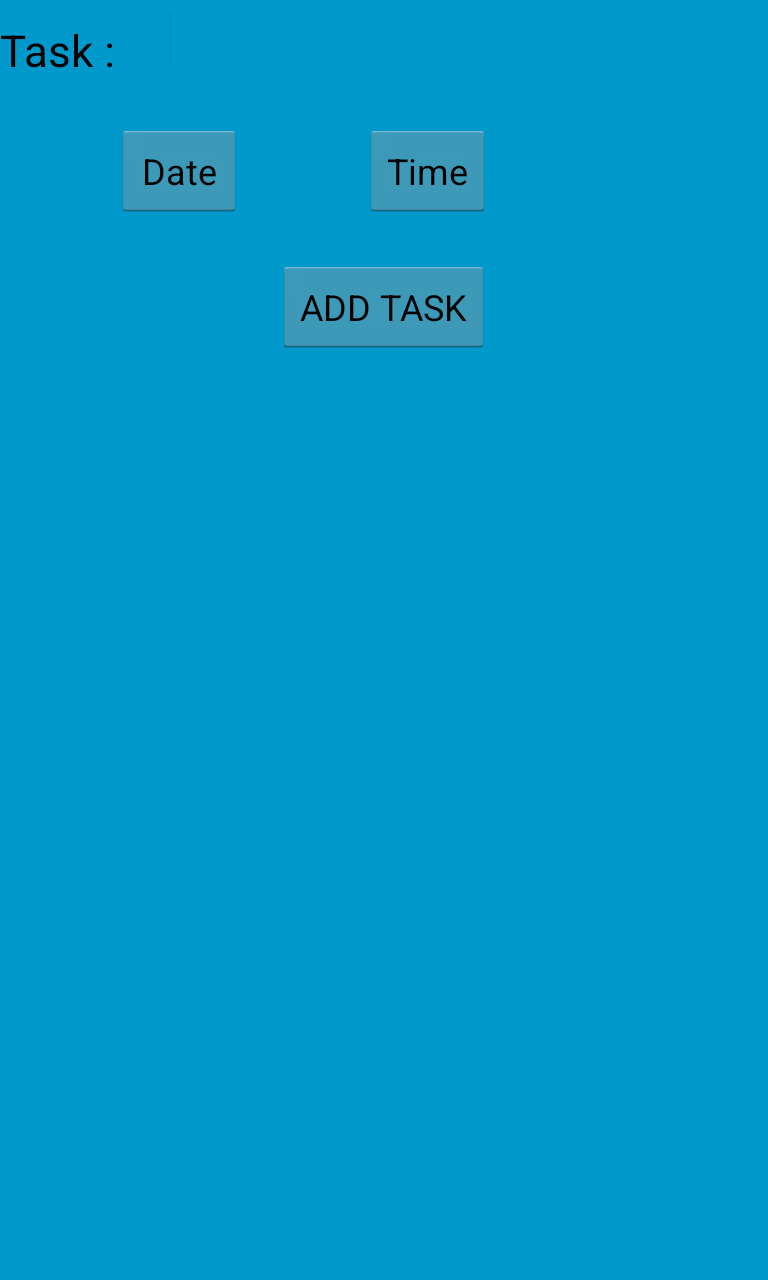
Repository: satyadarls/ToDo
Layout: ToDo/res/layout/customdialog_layout.xml
An editor plug-in stored every save of this project. The layout is shown before and after the next save, followed by the edit.
It is drawn on a 768 x 1280 px phone screen (xhdpi) without system bars, with theme AppTheme; the app's code is not run.

Above is the layout before, as saved 2014-07-02 15:24:40.

### ToDo/res/layout/customdialog_layout.xml
<?xml version="1.0" encoding="utf-8"?>
<RelativeLayout xmlns:android="http://schemas.android.com/apk/res/android"
    android:layout_width="match_parent"
    android:layout_height="match_parent"
    android:background="#0099CC"
    >

    <TextView
        android:id="@+id/textView1"
        android:layout_width="wrap_content"
        android:layout_height="wrap_content"
        android:layout_alignBottom="@+id/dialogTaskText"
        android:layout_alignParentLeft="true"
        android:text="Task :"
        android:textAppearance="?android:attr/textAppearanceLarge" />

    <Button
        android:id="@+id/timebutton"
        android:layout_width="wrap_content"
        android:layout_height="wrap_content"
        android:layout_alignBaseline="@+id/datebutton"
        android:layout_alignBottom="@+id/datebutton"
        android:layout_marginLeft="60dp"
        android:layout_toRightOf="@+id/datebutton"
        android:text="Time" />

    <Button
        android:id="@+id/datebutton"
        android:layout_width="wrap_content"
        android:layout_height="wrap_content"
        android:layout_below="@+id/dialogTaskText"
        android:layout_marginTop="22dp"
        android:layout_toRightOf="@+id/textView1"
        android:text="Date" />

    <Button
        android:id="@+id/dialogButton"
        android:layout_width="wrap_content"
        android:layout_height="wrap_content"
        android:layout_below="@+id/timebutton"
        android:layout_centerHorizontal="true"
        android:layout_marginTop="20dp"
        android:text="ADD TASK" />

    <EditText
        android:id="@+id/dialogTaskText"
        android:layout_width="wrap_content"
        android:layout_height="wrap_content"
        android:layout_alignLeft="@+id/datebutton"
        android:layout_alignParentTop="true"
        android:layout_marginLeft="15dp"
        android:ems="10" >

        <requestFocus />
    </EditText>

</RelativeLayout>

Loaded but not shown: ToDo/res/values/styles.xml (common file); ToDo/res/values-v11/styles.xml (common file); ToDo/res/values-v14/styles.xml (common file)

After the next save:
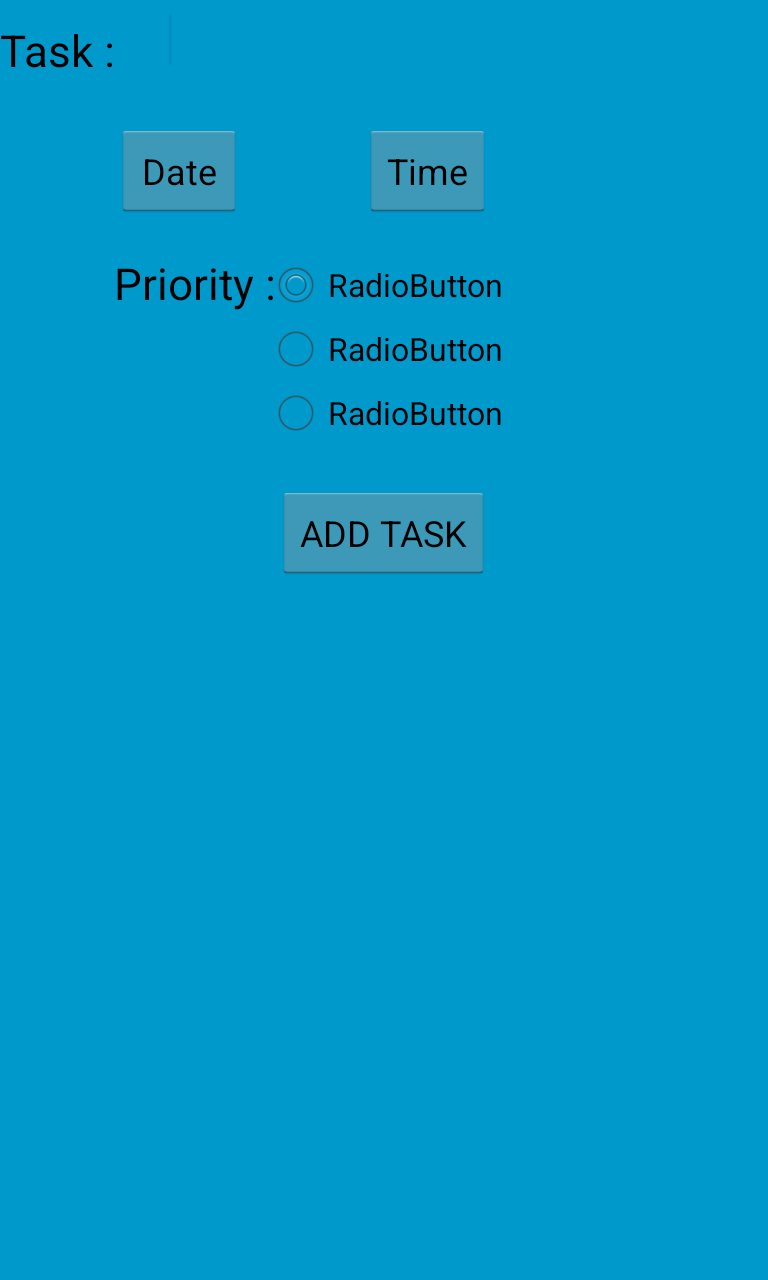
Saved 21 h 38 min later.
--- a/ToDo/res/layout/customdialog_layout.xml
+++ b/ToDo/res/layout/customdialog_layout.xml
@@ -1,9 +1,9 @@
 <?xml version="1.0" encoding="utf-8"?>
 <RelativeLayout xmlns:android="http://schemas.android.com/apk/res/android"
+    xmlns:android1="http://schemas.android.com/apk/res/android"
     android:layout_width="match_parent"
     android:layout_height="match_parent"
-    android:background="#0099CC"
-    >
+    android:background="#0099CC" >
 
     <TextView
         android:id="@+id/textView1"
@@ -33,15 +33,6 @@
         android:layout_toRightOf="@+id/textView1"
         android:text="Date" />
 
-    <Button
-        android:id="@+id/dialogButton"
-        android:layout_width="wrap_content"
-        android:layout_height="wrap_content"
-        android:layout_below="@+id/timebutton"
-        android:layout_centerHorizontal="true"
-        android:layout_marginTop="20dp"
-        android:text="ADD TASK" />
-
     <EditText
         android:id="@+id/dialogTaskText"
         android:layout_width="wrap_content"
@@ -54,4 +45,50 @@
         <requestFocus />
     </EditText>
 
+    <Button
+        android1:id="@+id/dialogButton"
+        android1:layout_width="wrap_content"
+        android1:layout_height="wrap_content"
+        android1:layout_below="@+id/timebutton"
+        android1:layout_centerHorizontal="true"
+        android1:layout_marginTop="133dp"
+        android1:text="ADD TASK" />
+
+    <RadioGroup
+        android1:id="@+id/radioGroup1"
+        android1:layout_width="wrap_content"
+        android1:layout_height="wrap_content"
+        android1:layout_below="@+id/timebutton"
+        android1:layout_centerHorizontal="true"
+        android1:layout_marginTop="17dp" >
+
+        <RadioButton
+            android1:id="@+id/radio0"
+            android1:layout_width="wrap_content"
+            android1:layout_height="wrap_content"
+            android1:checked="true"
+            android1:text="RadioButton" />
+
+        <RadioButton
+            android1:id="@+id/radio1"
+            android1:layout_width="wrap_content"
+            android1:layout_height="wrap_content"
+            android1:text="RadioButton" />
+
+        <RadioButton
+            android1:id="@+id/radio2"
+            android1:layout_width="wrap_content"
+            android1:layout_height="wrap_content"
+            android1:text="RadioButton" />
+    </RadioGroup>
+
+    <TextView
+        android1:id="@+id/textView2"
+        android1:layout_width="wrap_content"
+        android1:layout_height="wrap_content"
+        android1:layout_alignTop="@+id/radioGroup1"
+        android1:layout_toLeftOf="@+id/dialogButton"
+        android1:text="Priority :"
+        android1:textAppearance="?android:attr/textAppearanceLarge" />
+
 </RelativeLayout>
